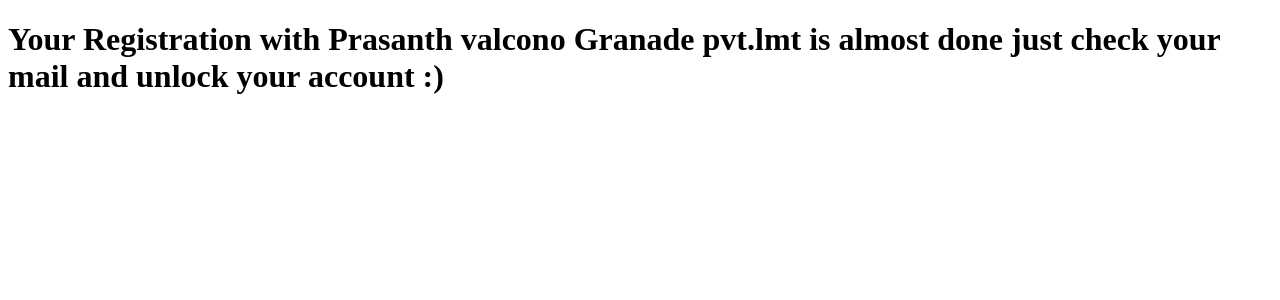
Repository: prasanthreddy4510/rRealTimeRegistration
Page: http://localhost/RegApp/views/confirmation.jsp
The author's editor kept a copy of each file at every save. The page is drawn from the files as they stood at one save, then again after the next save.
The browser window is 1280 px wide. The pictures show the whole page.
The page is served by Tomcat 9.

Above is the page before, as saved 2020-07-24 10:54:25.

After the next save:
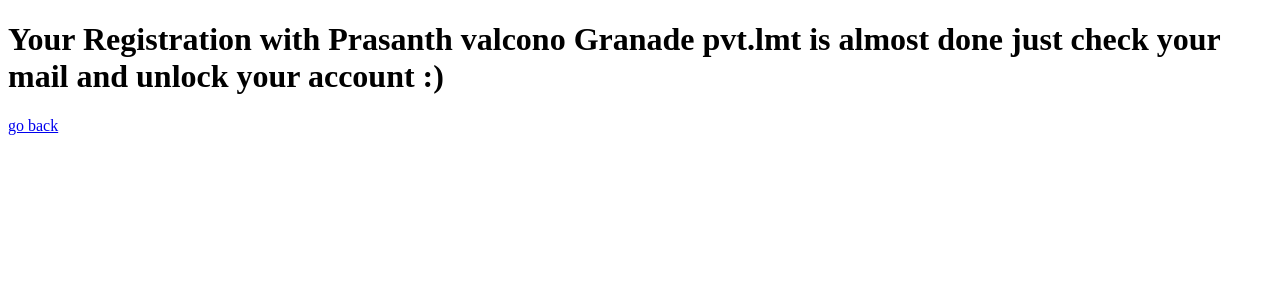
Saved 90 s later.
--- a/RegApp/src/main/webapp/views/confirmation.jsp
+++ b/RegApp/src/main/webapp/views/confirmation.jsp
@@ -8,5 +8,6 @@
 </head>
 <body>
 <h1>Your Registration with Prasanth valcono Granade pvt.lmt is almost done just check your mail and unlock your account :) </h1>
+<a href="http://localhost:8086/Reg/reg">go back</a>
 </body>
 </html>
